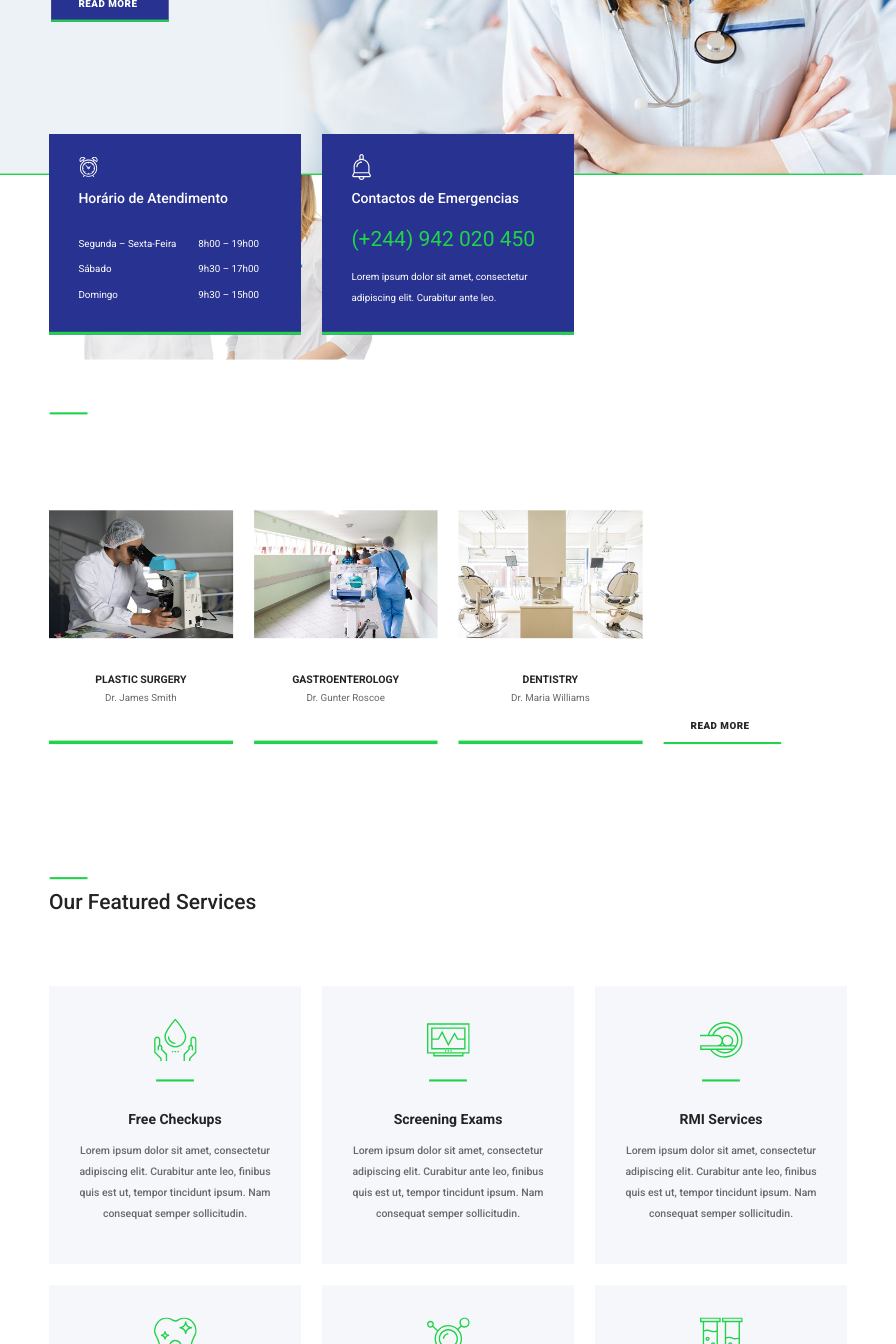
Repository: Nanitamo/centro-medico-eden-webpage
Page: index.html
These files come from the project's save history. The page is drawn as it stood at one moment and after the next save; the edit follows.
The browser window is 1280 px wide. The pictures show the part of the page from y = 650 to 2570 px (the page is 3972 px tall before and 3971 px after), at 70% of full size.

Above is the page before, as saved 2020-06-18 15:54:27.

After the next save:
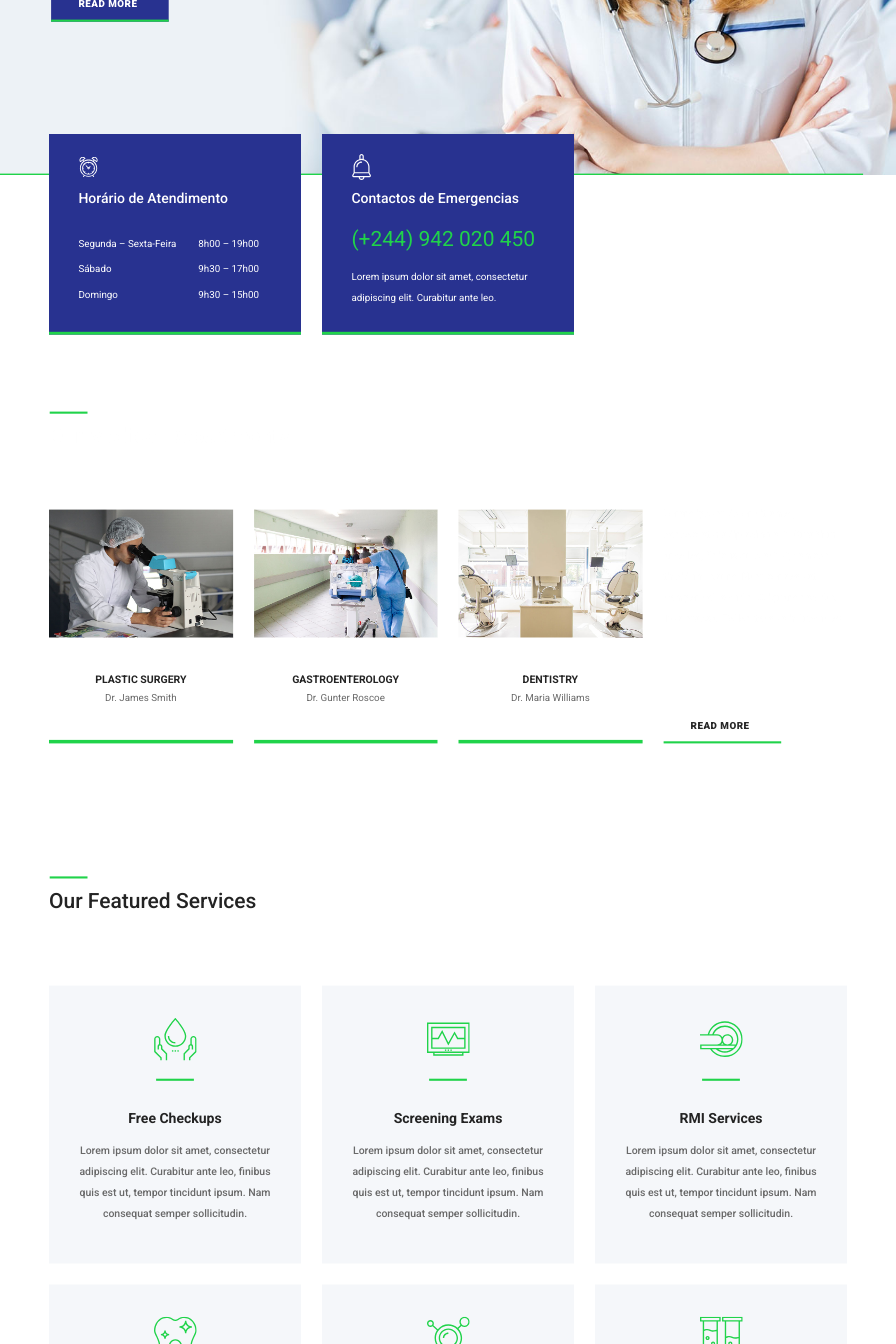
Saved 5 s later.
--- a/index.html
+++ b/index.html
@@ -267,12 +267,12 @@
 				</div> -->
 
 				<!-- About Image -->
-				<div class="col-lg-5">
+				<!-- <div class="col-lg-5">
 					<div class="about_image"><img src="images/about.png" alt=""></div>
 				</div>
 			</div>
 		</div>
-	</div>
+	</div> -->
 
 	<!-- Departments -->
 
